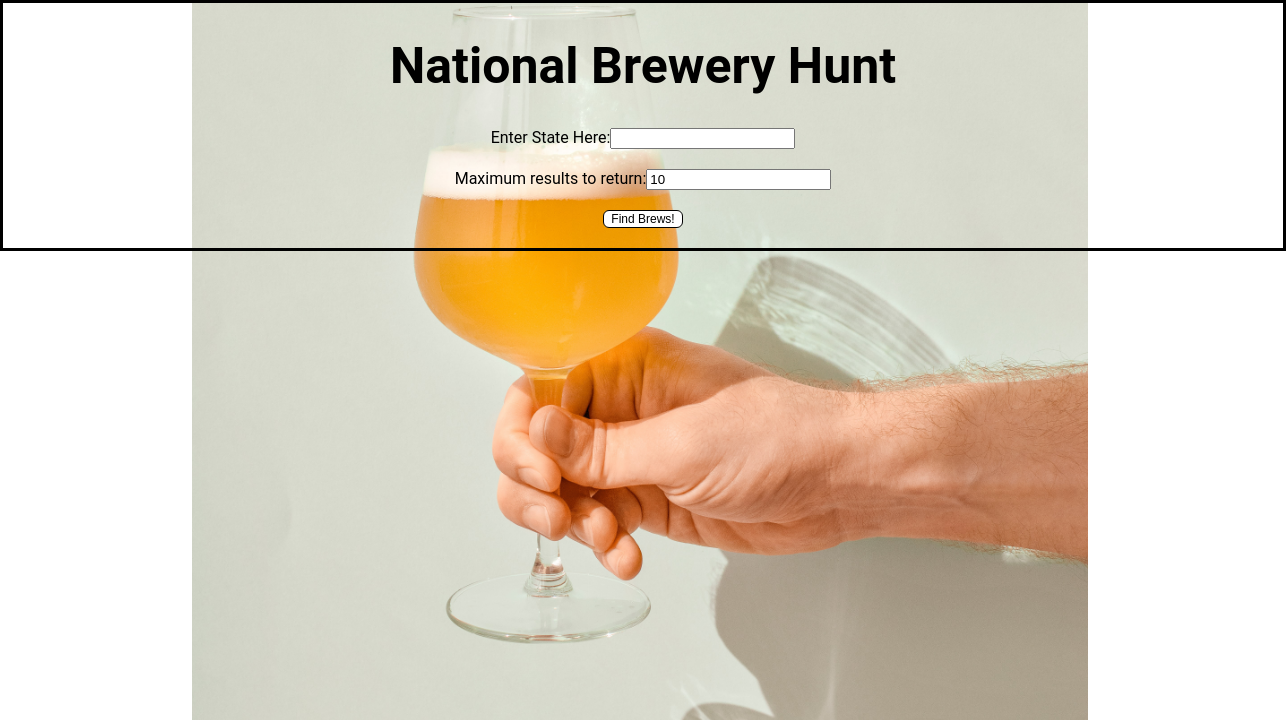
Repository: kaitlynMidori/searchBrews
Page: index.html
The author's editor kept a copy of each file at every save. The page is drawn from the files as they stood at one save, then again after the next save.
The browser window is 1280 px wide. The page is 1286 px wide, so the pictures cover 1286 px, including what lies to the right of the window. The pictures show the whole page.

Above is the page before, as saved 2021-04-24 12:08:47.

After the next save:
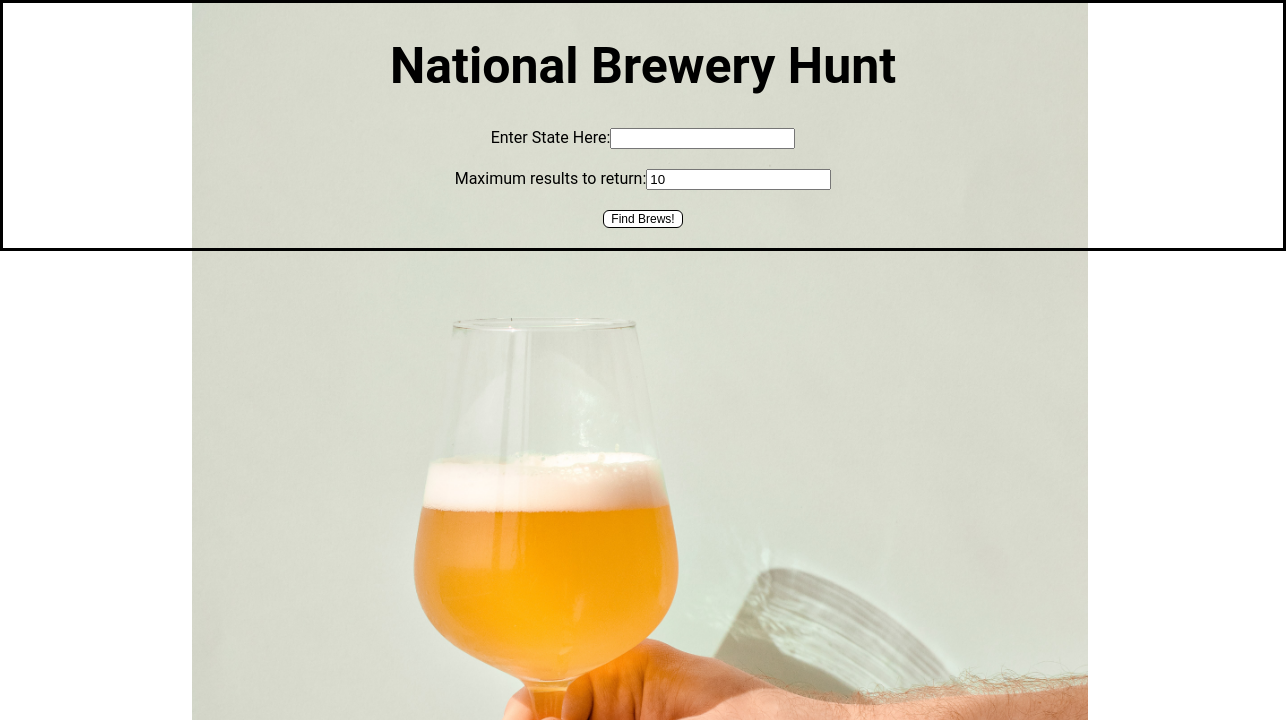
Saved 63 s later.
--- a/style.css
+++ b/style.css
@@ -4,12 +4,9 @@
     color: black;
     margin: auto;
     /* background: cover; */
-    background: url("screenshots/beer.jpg") no-repeat center center fixed;
+    background: url("screenshots/beer.jpg") no-repeat center top fixed;
     background-size: 70%;
-
-
     width: 100%;
-
     border: solid;
 }
 

After the save that followed:
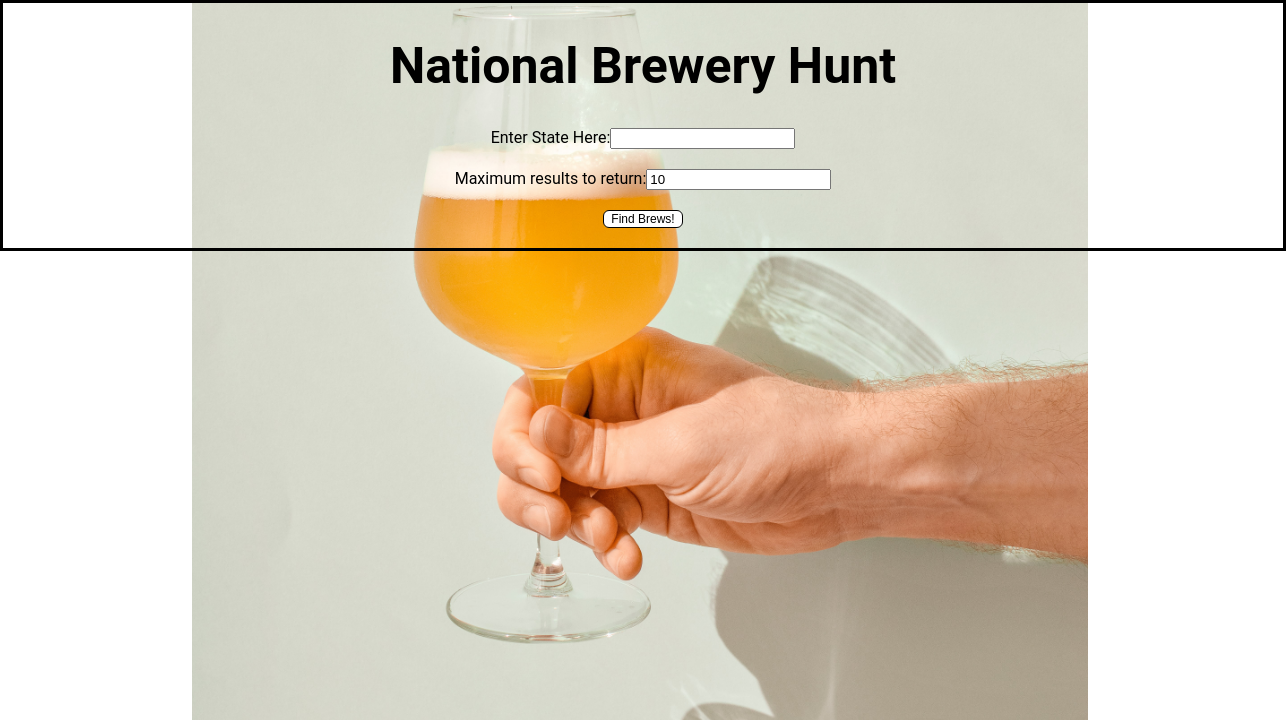
Saved 80 s later.
--- a/style.css
+++ b/style.css
@@ -4,7 +4,7 @@
     color: black;
     margin: auto;
     /* background: cover; */
-    background: url("screenshots/beer.jpg") no-repeat center top fixed;
+    background: url("screenshots/beer.jpg") no-repeat center center fixed;
     background-size: 70%;
     width: 100%;
     border: solid;
